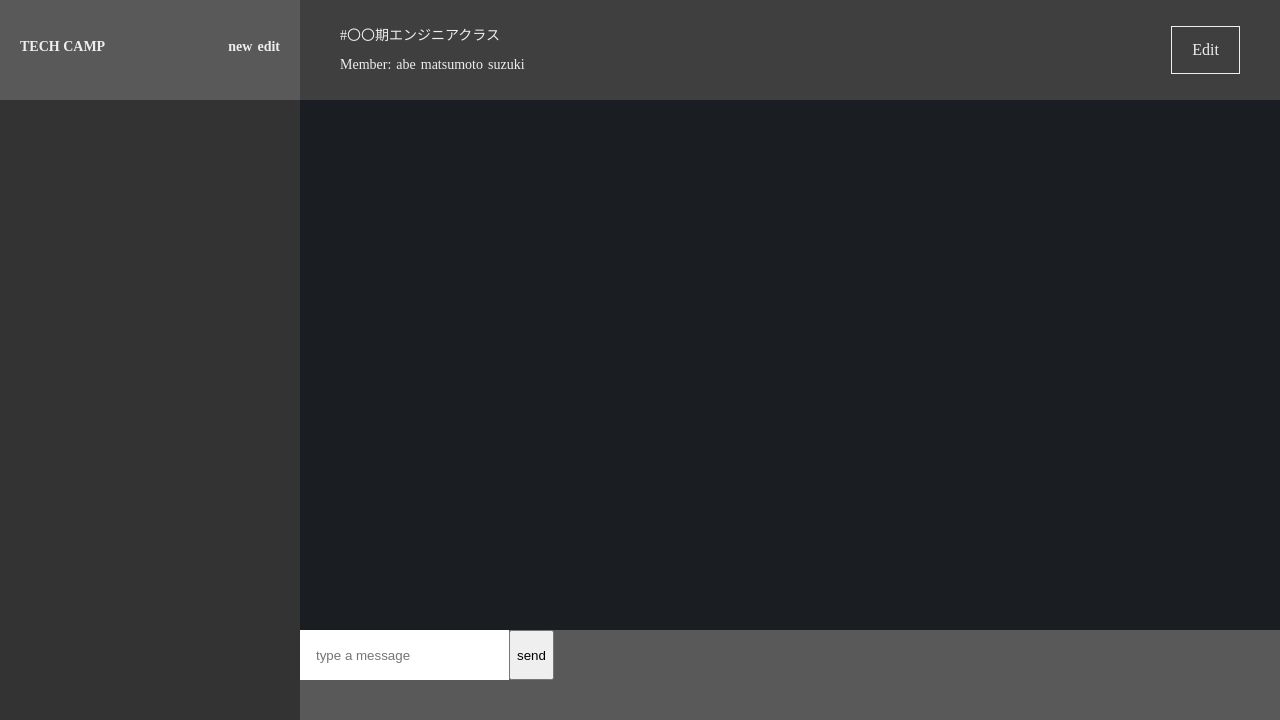
Repository: m-mao/firsa_app
Page: html_css/chat-app/index.html
The author's editor kept a record of every edit. The page is drawn from the files as they stood at one moment, then again after the next edit.
The browser window is 1280 px wide. The pictures show the whole page.

Above is the page before.

After the next edit:
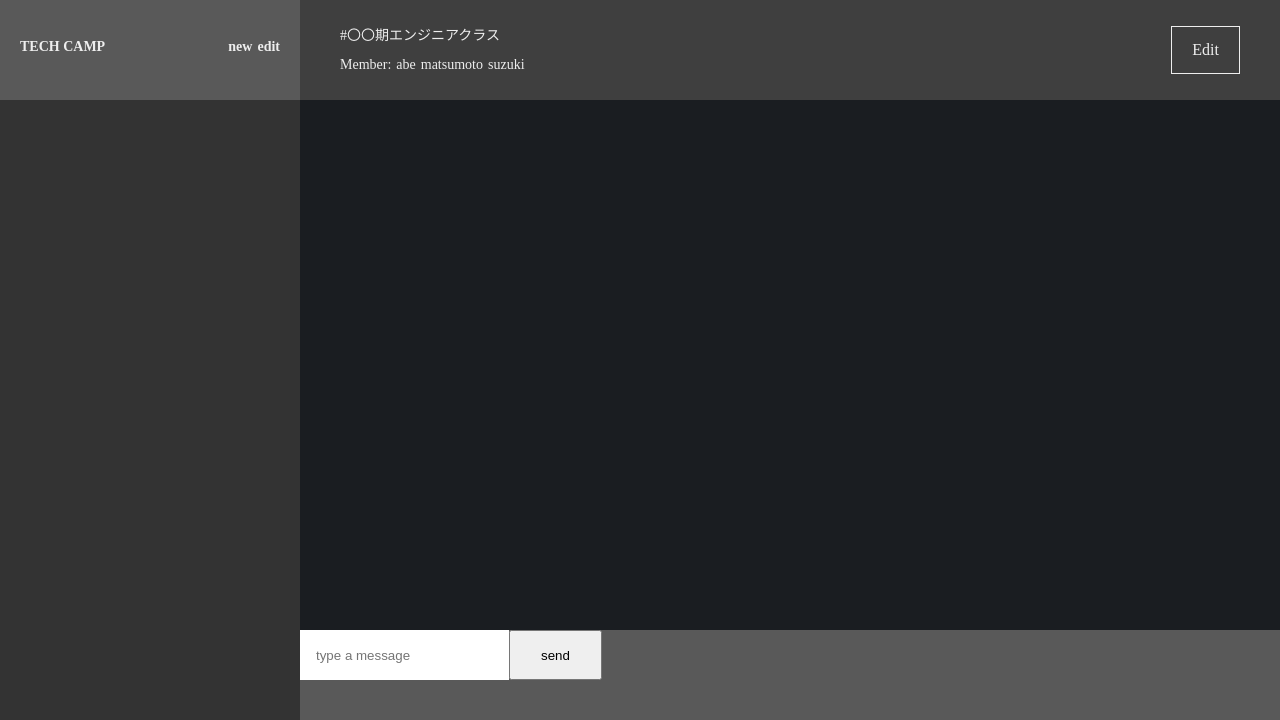
The edit:
--- a/html_css/chat-app/style.css
+++ b/html_css/chat-app/style.css
@@ -109,5 +109,6 @@
 }
 
 .submit-btn {
-
+ height: 50px;
+ padding: 0 30px;
 }
